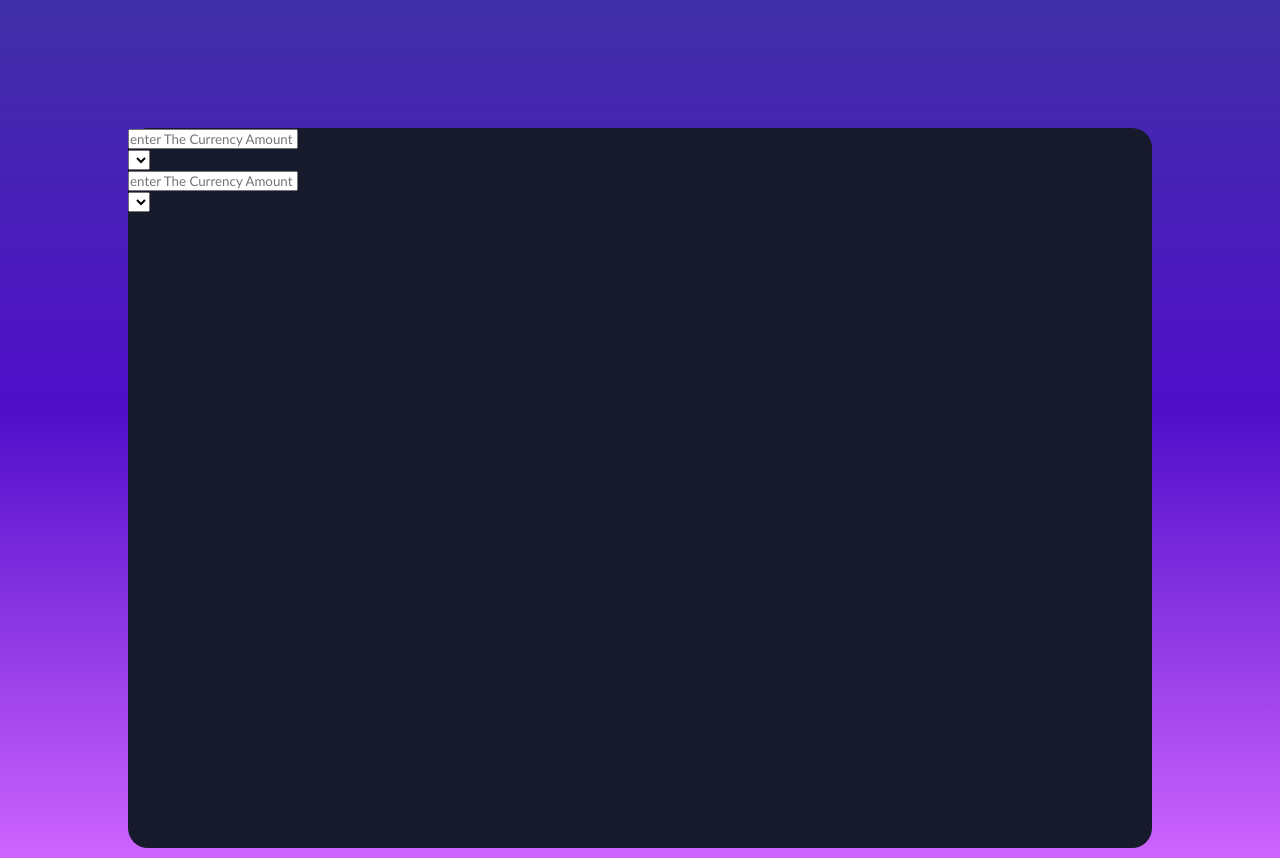
Repository: KamalEssam/currency-converter-react-app
Page: /
These files come from the project's save history. The page is drawn as it stood at one moment and after the next save; the edit follows.
The browser window is 1280 px wide. The pictures show the whole page.
The page's requests for data from a server got no answer. The project was rebuilt for these pictures with package versions that can differ from the ones it lists, and the page was loaded fresh each time. No one was signed in, and anything a server would have sent is missing.

Above is the page before, as saved 2021-12-21 15:26:01.

After the next save:
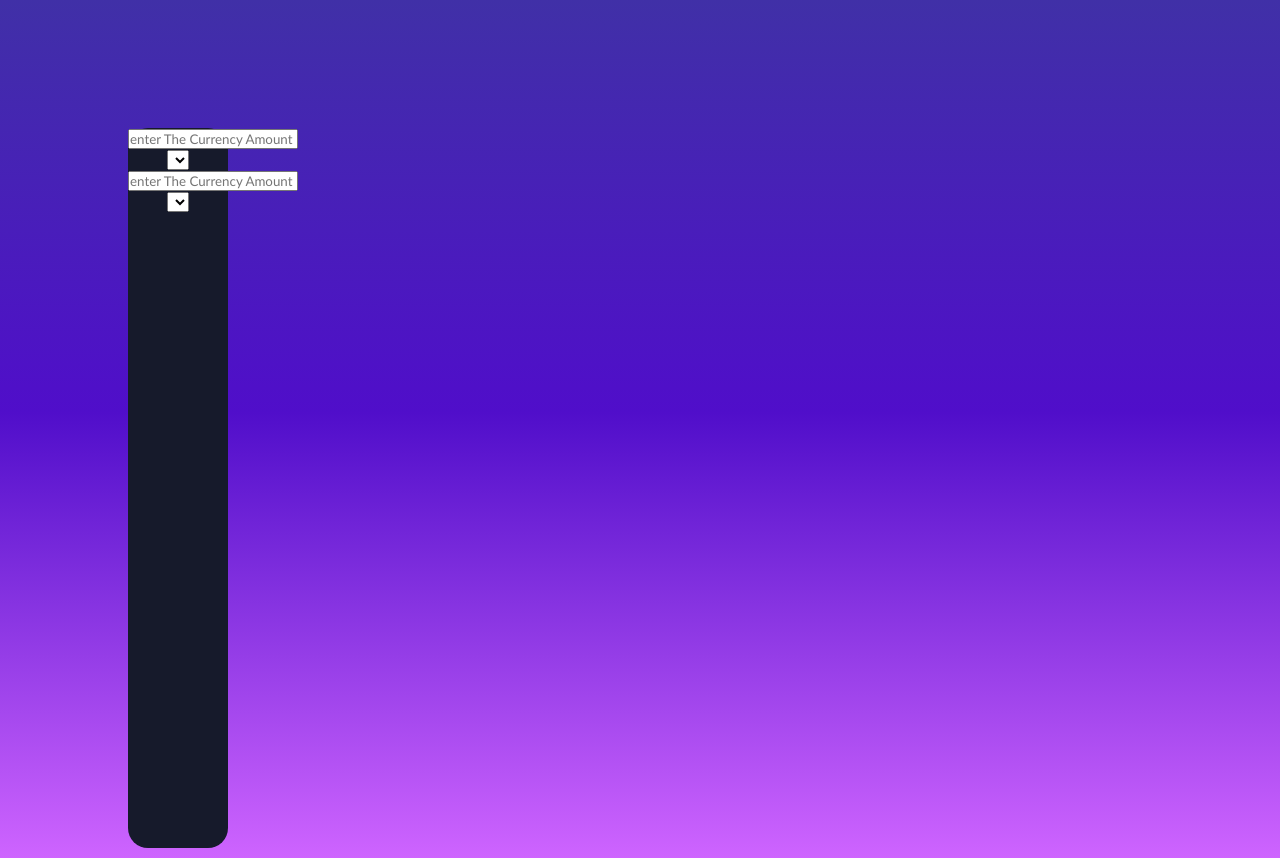
Saved 7 s later.
--- a/src/App.css
+++ b/src/App.css
@@ -31,7 +31,7 @@ body{
   flex-direction: column;
   justify-content: start ;
   height: 100vh;
-  width: 100px
+  width: 100px;
   text-align: center;
   background: #161a2b;
   margin:128px 128px 10px 128px ;
